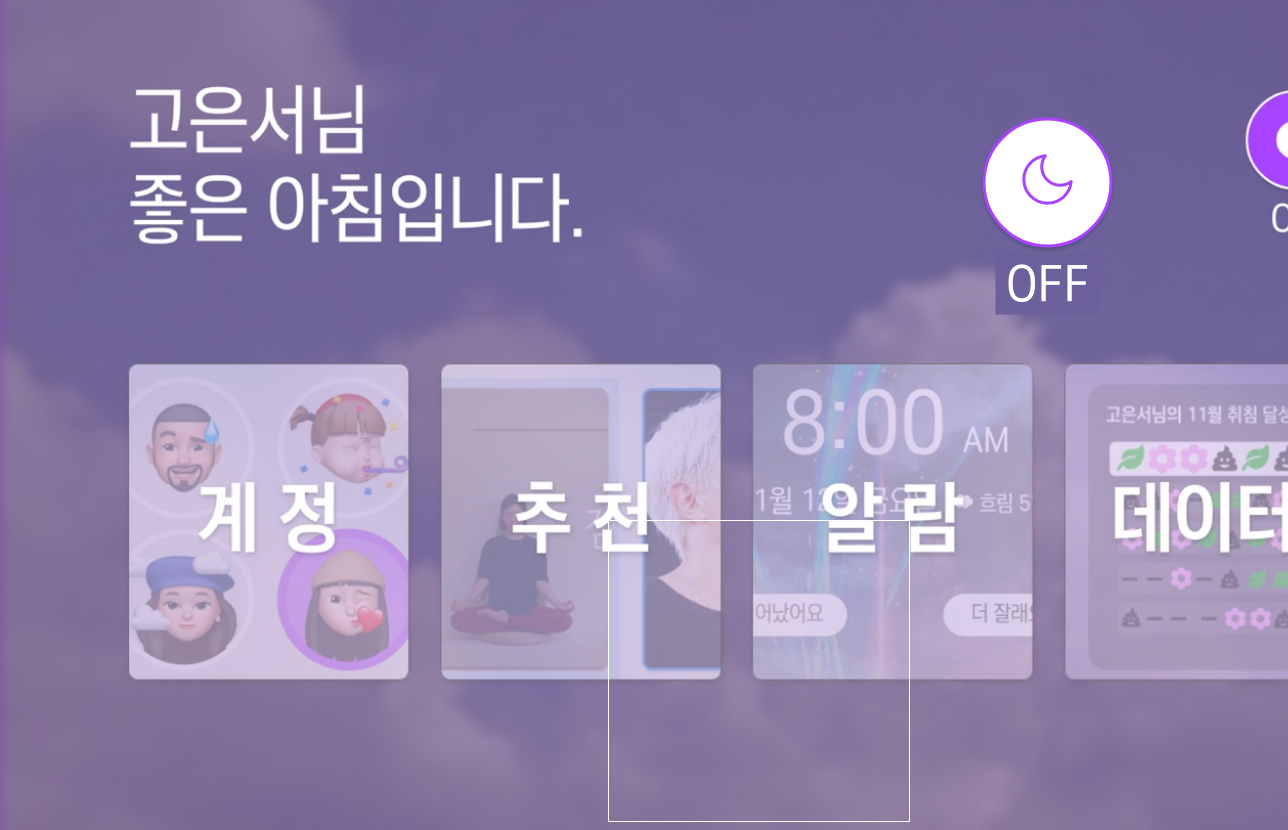
Repository: meanz1/SE_SleepWithMe
Page: SmartTVWorkspace/testapp/button.html
The author's editor kept a copy of each file at every save. The page is drawn from the files as they stood at one save, then again after the next save.
The browser window is 1280 px wide. The page is 1288 px wide, so the pictures cover 1288 px, including what lies to the right of the window. The pictures show the whole page.

Above is the page before, as saved 2021-11-18 07:45:39.

### SmartTVWorkspace/testapp/button.html

<!DOCTYPE html>
<html>
<head>
<title>Example Web App</title>
<style type="text/css">
    body {
        background-image:url('main.jpg');
        background-repeat: no-repeat;
        background-size: cover;
        height: 100%;
        width: 100%;
    }
    .sleepON {
    	font-size: 50px;
    	text-align: center;
    }
    img {
    	float: right;
    	position: absolute;
    	top: 116px;
    	right: 163px;

    }
    #cursor {
    	width: 300px;
    	height: 300px;
    	border: 1px solid white;
    	margin-left: 600px;
    	margin-top: 520px;
    }
</style>
<script type="text/javascript">
	function sleepon(){
		document.getElementById("officon").style.visibility = "hidden";

	}
	function move(){
		window.location.href = "recom.html";
	}



</script>
</head>
<body>
	<div id="officon">
		<img src="sleepoff.png" onclick="sleepon()"/>
	</div>

	<div id="cursor" onclick="move()"></div>
</body>
</html>

After the next save:
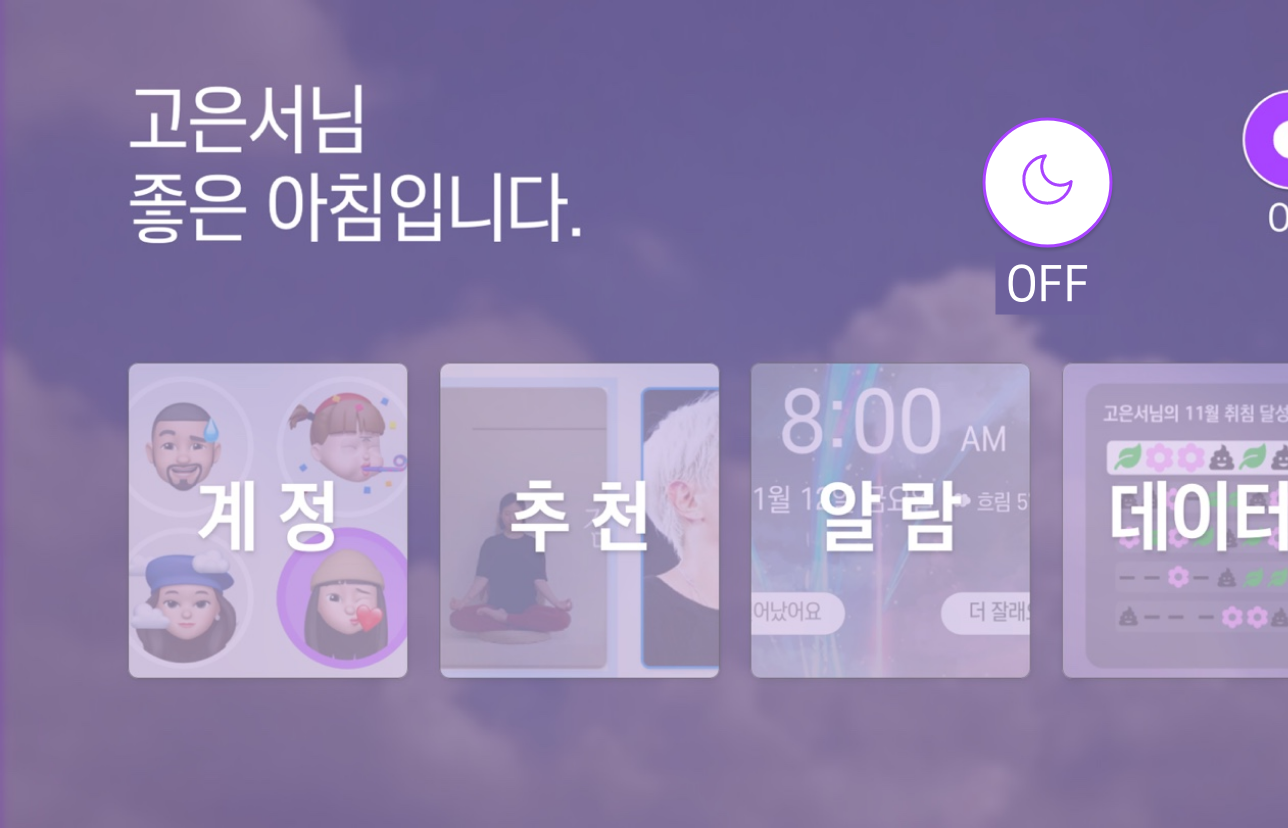
Saved 5 s later.
--- a/SmartTVWorkspace/testapp/button.html
+++ b/SmartTVWorkspace/testapp/button.html
@@ -25,7 +25,7 @@
     #cursor {
     	width: 300px;
     	height: 300px;
-    	border: 1px solid white;
+
     	margin-left: 600px;
     	margin-top: 520px;
     }
